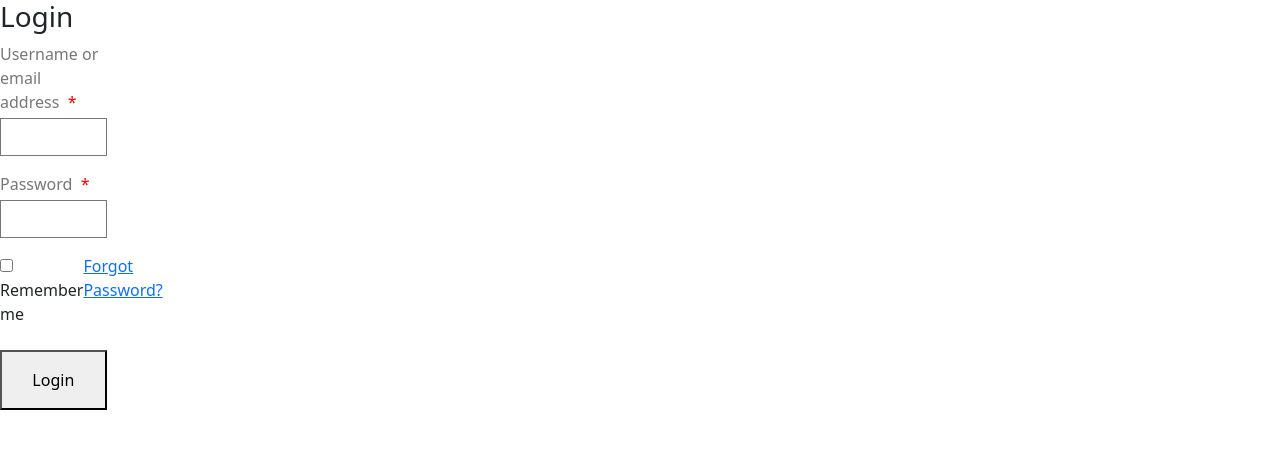
Repository: NguyenDo13/BE2-NhomH
Page: module-20,21/index.html
An editor plug-in stored every save of this project. The page is shown before and after the next save, followed by the edit.
The browser window is 1280 px wide. The pictures show the whole page.

Above is the page before, as saved 2022-05-21 07:33:23.

After the next save:
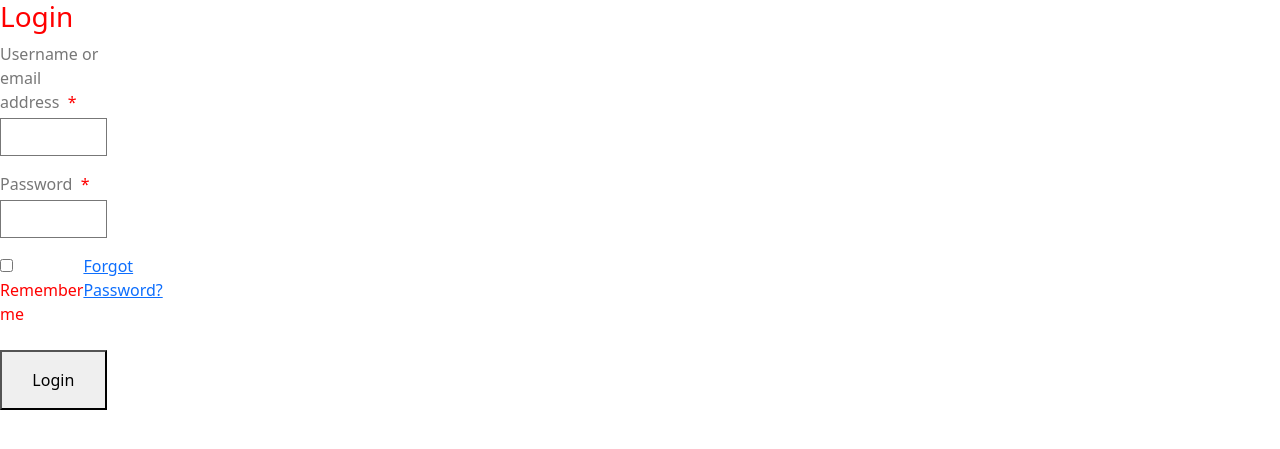
Saved 46 s later.
--- a/module-20,21/index/public/css/style.css
+++ b/module-20,21/index/public/css/style.css
@@ -22,4 +22,8 @@
     border: none;
 }
 
+.u-columns {
+    color: red !important;
+}
+
 body {}
